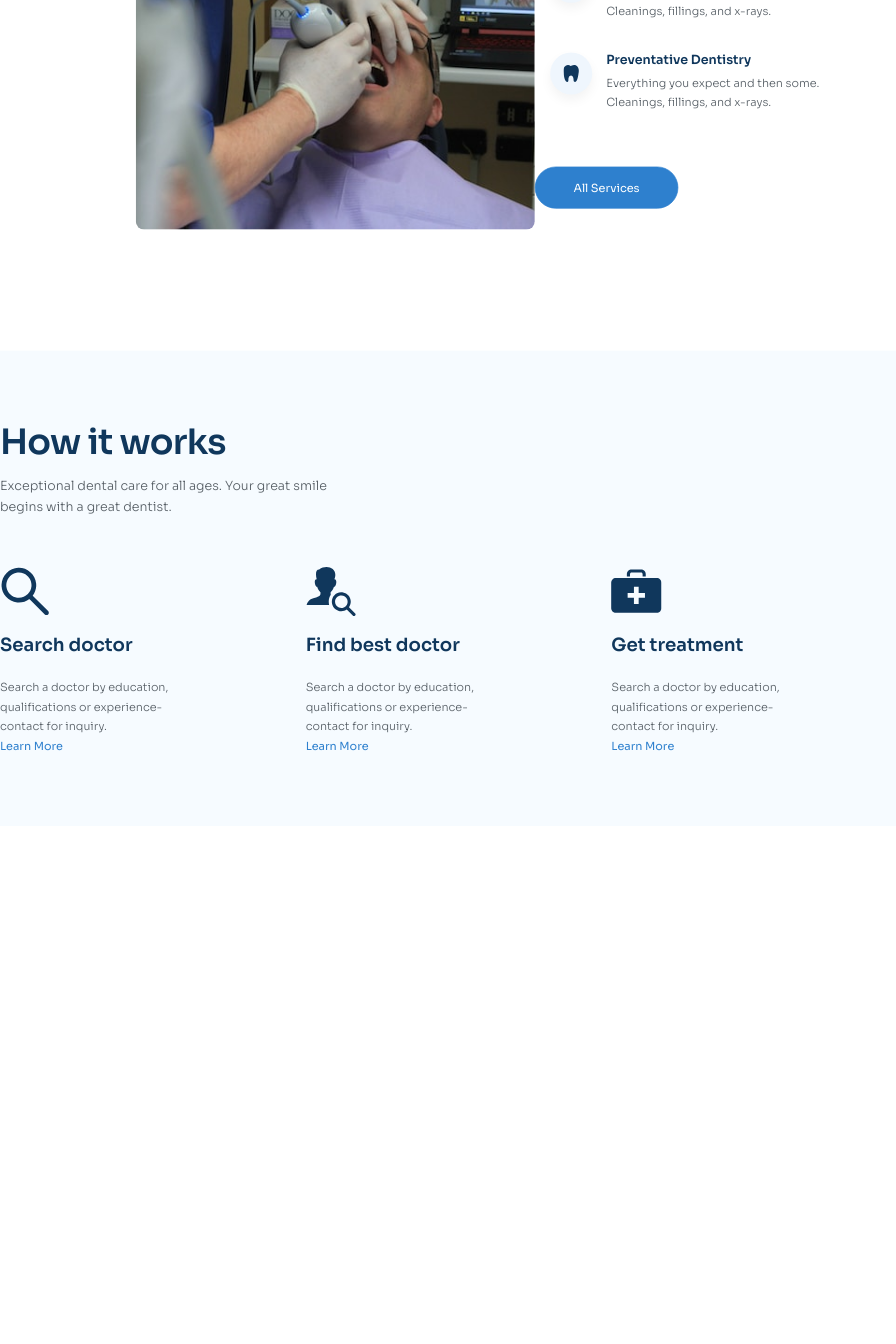
Repository: dongnguyen2112/htmlcss-project-03
Page: index.html
The author's editor kept a copy of each file at every save. The page is drawn from the files as they stood at one save, then again after a run of saves.
The browser window is 1280 px wide. The pictures show the part of the page from y = 1340 to 3260 px (the page is 5720 px tall), at 70% of full size.

Above is the page before, as saved 2023-08-01 17:24:03.

### index.html
<!DOCTYPE html>
<html lang="en">
    <head>
        <meta charset="UTF-8" />
        <meta name="viewport" content="width=device-width, initial-scale=1.0" />
        <title>Shine Smile</title>
        <!-- Favicons -->
        <link
            rel="apple-touch-icon"
            sizes="57x57"
            href="./assets/favicon/apple-icon-57x57.png"
        />
        <link
            rel="apple-touch-icon"
            sizes="60x60"
            href="./assets/favicon/apple-icon-60x60.png"
        />
        <link
            rel="apple-touch-icon"
            sizes="72x72"
            href="./assets/favicon/apple-icon-72x72.png"
        />
        <link
            rel="apple-touch-icon"
            sizes="76x76"
            href="./assets/favicon/apple-icon-76x76.png"
        />
        <link
            rel="apple-touch-icon"
            sizes="114x114"
            href="./assets/favicon/apple-icon-114x114.png"
        />
        <link
            rel="apple-touch-icon"
            sizes="120x120"
            href="./assets/favicon/apple-icon-120x120.png"
        />
        <link
            rel="apple-touch-icon"
            sizes="144x144"
            href="./assets/favicon/apple-icon-144x144.png"
        />
        <link
            rel="apple-touch-icon"
            sizes="152x152"
            href="./assets/favicon/apple-icon-152x152.png"
        />
        <link
            rel="apple-touch-icon"
            sizes="180x180"
            href="./assets/favicon/apple-icon-180x180.png"
        />
        <link
            rel="icon"
            type="image/png"
            sizes="192x192"
            href="./assets/favicon/android-icon-192x192.png"
        />
        <link
            rel="icon"
            type="image/png"
            sizes="32x32"
            href="./assets/favicon/favicon-32x32.png"
        />
        <link
            rel="icon"
            type="image/png"
            sizes="96x96"
            href="./assets/favicon/favicon-96x96.png"
        />
        <link
            rel="icon"
            type="image/png"
            sizes="16x16"
            href="./assets/favicon/favicon-16x16.png"
        />
        <link rel="manifest" href="./assets/favicon/manifest.json" />
        <meta name="msapplication-TileColor" content="#ffffff" />
        <meta
            name="msapplication-TileImage"
            content="./assets/favicon/ms-icon-144x144.png"
        />
        <meta name="theme-color" content="#ffffff" />
        <!-- Font Sora -->
        <link rel="preconnect" href="https://fonts.googleapis.com" />
        <link rel="preconnect" href="https://fonts.gstatic.com" crossorigin />
        <link
            href="https://fonts.googleapis.com/css2?family=Sora:wght@300;400;500;600;700&display=swap"
            rel="stylesheet"
        />
        <!-- Reset CSS -->
        <link rel="stylesheet" href="./assets/css/reset.css" />
        <link rel="stylesheet" href="./assets/css/styles.css" />
    </head>
    <body>
        <header class="header">
            <div class="container">
                <!-- Header-top -->
                <div class="header-top">
                    <!-- Logo -->
                    <a href="/">
                        <div class="logo">
                            <span class="logo__circle"></span>
                            <span class="logo__text">
                                <span class="logo__brand">Shine</span>
                                <span class="logo__brand logo__brand--small">
                                    smile
                                </span>
                            </span>
                        </div>
                    </a>
                    <!-- Navbar -->
                    <nav class="navbar">
                        <ul class="navbar__list">
                            <li class="navbar__item">
                                <a
                                    href="#!"
                                    class="navbar__link navbar__link--active"
                                    >Home</a
                                >
                            </li>
                            <li class="navbar__item">
                                <a href="#!" class="navbar__link">Services</a>
                            </li>
                            <li class="navbar__item">
                                <a href="#!" class="navbar__link">About</a>
                            </li>
                            <li class="navbar__item">
                                <a href="#!" class="navbar__link">Doctors</a>
                            </li>
                        </ul>
                    </nav>
                    <!-- Action -->
                    <div class="header-action">
                        <a href="#!" class="header-action__login">Log In</a>
                        <a href="#!" class="btn header-action__signup"
                            >Sign Up</a
                        >
                    </div>
                </div>
                <!-- Hero -->
                <section class="hero">
                    <!-- Hero-content -->
                    <section class="hero__content">
                        <h1 class="hero__heading">
                            Exceptional dental care for all ages.
                        </h1>
                        <p class="hero__desc">
                            Exceptional dental care for all ages. Your great
                            smile begins with a great dentist.
                        </p>
                        <div class="hero__row">
                            <a href="" class="btn">Book Online</a>
                            <span class="hero__phone"
                                >or call (123) 456-7890</span
                            >
                        </div>
                    </section>
                    <!-- Hero-media -->
                    <section class="hero__media">
                        <figure class="hero__images">
                            <img
                                src="./assets/img/hero-01.jpg"
                                alt=""
                                class="hero__img"
                            />
                            <img
                                src="./assets/img/hero-02.jpg"
                                alt=""
                                class="hero__img"
                            />
                        </figure>
                    </section>
                </section>
            </div>
        </header>
        <main style="height: 5000px">
            <!-- Service -->
            <section class="service">
                <div class="container">
                    <h1 class="service__heading section-heading">
                        Our services
                    </h1>
                    <p class="service__desc section-desc">
                        Exceptional dental care for all ages. Your great smile
                        begins with a great dentist.
                    </p>
                    <div class="service__row">
                        <figure>
                            <img
                                src="./assets/img/service.jpg"
                                alt=""
                                class="service__img"
                            />
                        </figure>
                        <div>
                            <div class="service__list">
                                <!-- Service Item 1 -->
                                <section class="service-item">
                                    <div class="service-item__icon">
                                        <svg
                                            width="22"
                                            height="24"
                                            viewBox="0 0 22 24"
                                            fill="none"
                                            xmlns="http://www.w3.org/2000/svg"
                                        >
                                            <path
                                                d="M20.3598 2.63964C17.9506 -0.556131 14.2772 -0.568132 11.2481 1.10682C11.001 1.24657 10.7219 1.31411 10.4406 1.30222C10.1592 1.29033 9.88633 1.19945 9.65105 1.03931C8.49552 0.245717 7.29036 -0.316477 5.13904 0.207462C0.623408 1.3071 0 4.90379 0 8.99816C0.0797353 12.1602 0.500857 15.3032 1.25551 18.3683C2.11836 22.0168 3.90382 24 5.43354 24C6.96326 24 7.00963 22.2204 7.00963 20.8016C7.00963 19.2009 7.39505 14.8009 10.8642 14.8009C13.5317 14.8009 14.3333 18.4013 14.3333 20.8016C14.3329 23.095 15.1722 24 16.6628 24C19.5267 24 20.9796 15.3938 21.3719 13.1237C21.7642 10.8535 22.9882 6.12569 20.3598 2.63964Z"
                                                fill="currentColor"
                                            />
                                        </svg>
                                        <!-- Icon -->
                                    </div>
                                    <div class="service-item__body">
                                        <h3 class="service-item__heading">
                                            Oral Surgery
                                        </h3>
                                        <p class="service-item__desc">
                                            Everything you expect and then some.
                                            Cleanings, fillings, and x-rays.
                                        </p>
                                    </div>
                                </section>
                                <!-- Service Item 2 -->
                                <section class="service-item">
                                    <div class="service-item__icon">
                                        <svg
                                            width="22"
                                            height="24"
                                            viewBox="0 0 22 24"
                                            fill="none"
                                            xmlns="http://www.w3.org/2000/svg"
                                        >
                                            <path
                                                d="M20.3598 2.63964C17.9506 -0.556131 14.2772 -0.568132 11.2481 1.10682C11.001 1.24657 10.7219 1.31411 10.4406 1.30222C10.1592 1.29033 9.88633 1.19945 9.65105 1.03931C8.49552 0.245717 7.29036 -0.316477 5.13904 0.207462C0.623408 1.3071 0 4.90379 0 8.99816C0.0797353 12.1602 0.500857 15.3032 1.25551 18.3683C2.11836 22.0168 3.90382 24 5.43354 24C6.96326 24 7.00963 22.2204 7.00963 20.8016C7.00963 19.2009 7.39505 14.8009 10.8642 14.8009C13.5317 14.8009 14.3333 18.4013 14.3333 20.8016C14.3329 23.095 15.1722 24 16.6628 24C19.5267 24 20.9796 15.3938 21.3719 13.1237C21.7642 10.8535 22.9882 6.12569 20.3598 2.63964Z"
                                                fill="currentColor"
                                            />
                                        </svg>
                                        <!-- Icon -->
                                    </div>
                                    <div class="service-item__body">
                                        <h3 class="service-item__heading">
                                            Wisdom Teeth Removal
                                        </h3>
                                        <p class="service-item__desc">
                                            Everything you expect and then some.
                                            Cleanings, fillings, and x-rays.
                                        </p>
                                    </div>
                                </section>
                                <!-- Service Item 3 -->
                                <section class="service-item">
                                    <div class="service-item__icon">
                                        <svg
                                            width="22"
                                            height="24"
                                            viewBox="0 0 22 24"
                                            fill="none"
                                            xmlns="http://www.w3.org/2000/svg"
                                        >
                                            <path
                                                d="M20.3598 2.63964C17.9506 -0.556131 14.2772 -0.568132 11.2481 1.10682C11.001 1.24657 10.7219 1.31411 10.4406 1.30222C10.1592 1.29033 9.88633 1.19945 9.65105 1.03931C8.49552 0.245717 7.29036 -0.316477 5.13904 0.207462C0.623408 1.3071 0 4.90379 0 8.99816C0.0797353 12.1602 0.500857 15.3032 1.25551 18.3683C2.11836 22.0168 3.90382 24 5.43354 24C6.96326 24 7.00963 22.2204 7.00963 20.8016C7.00963 19.2009 7.39505 14.8009 10.8642 14.8009C13.5317 14.8009 14.3333 18.4013 14.3333 20.8016C14.3329 23.095 15.1722 24 16.6628 24C19.5267 24 20.9796 15.3938 21.3719 13.1237C21.7642 10.8535 22.9882 6.12569 20.3598 2.63964Z"
                                                fill="currentColor"
                                            />
                                        </svg>
                                        <!-- Icon -->
                                    </div>
                                    <div class="service-item__body">
                                        <h3 class="service-item__heading">
                                            Preventative Dentistry
                                        </h3>
                                        <p class="service-item__desc">
                                            Everything you expect and then some.
                                            Cleanings, fillings, and x-rays.
                                        </p>
                                    </div>
                                </section>
                            </div>
                            <a href="#!" class="btn">All Services </a>
                        </div>
                    </div>
                </div>
            </section>
            <!-- Work -->
            <section class="work">
                <h2 class="section-heading">How it works</h2>
                <p class="section-desc work__desc">Exceptional dental care for all ages. Your great smile begins with a great dentist.</p>
                <div class="work__list">
                    <!-- Work Item 1 -->
                    <section class="word-item">
                        <img src="./assets/img/Icon/Orion_search.svg" alt="" class="work-item__icon">
                        <h3 class="work-item__heading">Search doctor</h3>
                        <p class="work-item__desc">Search a doctor by education, qualifications or experience-contact for inquiry.</p>
                        <a href="#!" class="work__more">Learn More</a>
                    </section>
                     <!-- Work Item 2 -->
                     <section class="word-item">
                        <img src="./assets/img/Icon/Orion_find-user.svg" alt="" class="work-item__icon">
                        <h3 class="work-item__heading">Find best doctor</h3>
                        <p class="work-item__desc">Search a doctor by education, qualifications or experience-contact for inquiry.</p>
                        <a href="#!" class="work__more">Learn More</a>
                    </section>
                     <!-- Work Item 3 -->
                     <section class="word-item">
                        <img src="./assets/img/Icon/Orion_first-aid-kit.svg" alt="" class="work-item__icon">
                        <h3 class="work-item__heading">Get treatment</h3>
                        <p class="work-item__desc">Search a doctor by education, qualifications or experience-contact for inquiry.</p>
                        <a href="#!" class="work__more">Learn More</a>
                    </section>
                </div>
            </section>
        </main>
    </body>
</html>

### assets/css/styles.css
* {
    box-sizing: border-box;
}
:root {
    --header-bg: #10375c;
}
html {
    font-size: 62.5%;
}
body {
    font-size: 1.6rem;
    font-family: "Sora", sans-serif;
}
/* Common */
.container {
    width: 1170px;
    max-width: calc(100% - 48px);
    margin: 0 auto;
}
a {
    text-decoration: none;
}
.btn {
    --height: 60px;

    color: #fff;
    background: #2e80ce;
    height: var(--height);
    padding: 0 20px;
    display: inline-block;
    line-height: var(--height);
    border-radius: 99px;
    min-width: 205px;
    text-align: center;
    font-size: 1.6rem;
    font-weight: 400;
    border: 1px solid #2e80ce;
}
.btn:hover {
    cursor: pointer;
    opacity: 0.9;
}
.section-heading {
    color: #10375c;
    font-size: 5rem;
    font-weight: 600;
    line-height: 1.2; /* 120% */
    letter-spacing: -1px;
}
.section-desc {
    margin-top: 18px;
    color: #575f66;
    font-size: 1.8rem;
    font-weight: 300;
    line-height: 1.67; /* 166.667% */
}
/* Header */
.header {
    min-height: 100vh;
    padding-top: 30px;
    background-color: var(--header-bg);
}
.logo {
    font-size: 1rem;
    position: relative;
    display: flex;
}
.logo__circle::before,
.logo__circle::after {
    content: "";
    display: inline-block;
    border-radius: 50%;
}
.logo__circle::before {
    width: 3em;
    height: 3em;
    background: #2e80ce;
}
.logo__circle::after {
    position: absolute;
    top: 1.1em;
    left: 1.1em;
    width: 1.5em;
    height: 1.5em;
    background: #fff;
}
.logo__text {
    margin-left: 0.6em;
    color: #fff;
    text-align: right;
    line-height: 1.6em;
}
.logo__brand {
    display: block;
    font-size: 1.8rem;
    font-weight: 400;
    color: #fff;
}
.logo__brand--small {
    font-size: 1.2em;
    font-weight: 300;
}

/* Header-top */
.header-top {
    display: flex;
    align-items: center;
    justify-content: space-between;
}
.navbar__list {
    display: flex;
}
.header-action__login,
.navbar__link {
    padding: 4px 21px;
    color: #c9d2da;
    font-size: 1.6rem;
    font-weight: 300;
}
.navbar__link:hover,
.navbar__link--active {
    color: #fff;
    text-shadow: 1px 0 0 currentColor;
}
.navbar__link--active::before {
    position: relative;
    top: -2px;
    left: -8px;
    content: "";
    display: inline-block;
    width: 6px;
    height: 6px;
    border-radius: 50%;
    background: #fff;
}
.header-action {
    display: flex;
    align-items: center;
}
.header-action__login {
    margin-right: 7px;
}
.header-action__signup {
    --height: 44px;
    min-width: 104px;
    text-align: center;
}
/* hero */
.hero {
    display: flex;
    margin-top: 76px;
    align-items: center;
}
.hero__content {
    flex-shrink: 0;
    width: 44%;
}
.hero__media {
    flex-grow: 1;
}
.hero__heading {
    color: #fff;
    font-size: 7rem;
    font-weight: 600;
    line-height: 1.14;
    letter-spacing: -0.02em;
}
.hero__desc {
    margin-top: 22px;
    color: #c9d2da;
    font-size: 1.8rem;
    font-weight: 300;
    line-height: 1.67;
}
.hero__row {
    display: flex;
    align-items: center;
    margin-top: 38px;
}
.hero__phone {
    color: #fff;
    text-align: center;
    font-size: 1.8rem;
    line-height: 1.67;
    margin-left: 38px;
}
.hero__images {
    display: flex;
    align-items: center;
    justify-content: flex-end;
}
.hero__img {
    width: 330px;
    height: 540px;
    border-radius: 6px;
    object-fit: cover;
}
.hero__img:first-child {
    position: relative;
    margin-right: -6px;
}
.hero__img:last-child {
    width: 210px;
    height: 410px;
}
/* Service */
.service {
    padding: 170px;
}
.service__heading,
.service__desc {
    text-align: center;
}
.service__desc {
    width: 468px;
    margin-right: auto;
    margin-left: auto;
}
.service__row {
    display: flex;
    align-items: center;
    justify-content: space-between;
    margin-top: 70px;
}
.service__img {
    width: 570px;
    height: 570px;
    border-radius: 12px;
    object-fit: cover;
}
/* Service Item */
.service-item {
    display: flex;
    width: 470px;
    padding: 22px;
    border-radius: 10px;
    background: #fff;
    transition: 0.25;
}
.service-item:hover {
    position: relative;
    box-shadow: 0px 14px 28px rgba(0, 0, 0, 0.05);
}
.service-item:hover .service-item__icon {
    background: #2e80ce;
    color: #fff;
}
.service-item__icon {
    width: 60px;
    height: 60px;
    display: flex;
    align-items: center;
    justify-content: center;
    flex-shrink: 0;
    background: #eff6fd;
    color: #10375c;
    box-shadow: 0px 8px 16px rgba(0, 0, 0, 0.05);
    border-radius: 50%;
    transition: 0.25;
}
.service-item__body {
    margin-left: 20px;
}
.service-item__heading {
    color: #10375c;
    font-size: 1.8rem;
    line-height: 1.27;
    font-weight: 600;
}
.service-item__desc {
    color: #575f66;
    margin-top: 8px;
    font-size: 1.6rem;
    font-weight: 300;
    line-height: 1.75; /* 175% */
}
.service__list {
    margin-bottom: 55px;
}
/* Work */
.work {
    background: #f6fbff;
    padding: 100px 0;
}
.work__desc {
    width: 468px;
}
.work__list {
    display: grid;
    grid-template-columns: repeat(3, 1fr);
    column-gap: 30px;
    margin-top: 70px;
}
.word-item{
    border: ;
}
.work-item__heading {
    margin-top: 20px;
    color: #10375c;
    font-size: 2.6rem;
    font-weight: 600;
    line-height: 1.38; /* 138.462% */
}
.work-item__desc {
    margin-top: 28px;
    width: 254px;
    color: #575f66;
    font-size: 1.6rem;
    font-weight: 300;
    line-height: 1.75; /* 175% */
}
.work__more {
    margin-top: 18px;
    color: #2e80ce;
    font-size: 1.6rem;
    font-weight: 400;
    line-height: 1.75; /* 175% */
}

Loaded but not shown: assets/css/reset.css (common file)

After the next 4 saves:
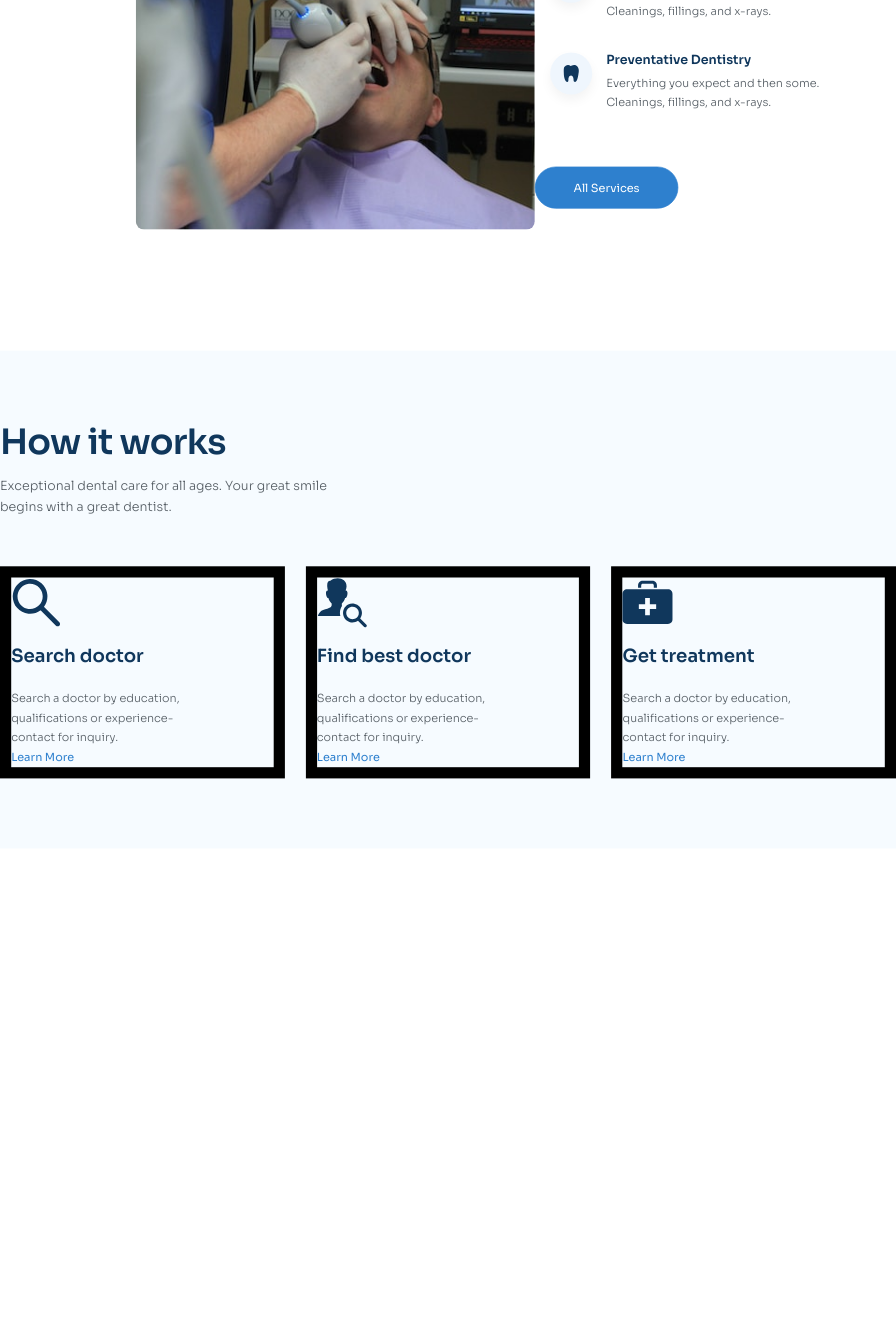
The 4 saves are shown as one change because they came seconds apart.
The last was saved 7 s later.
--- a/assets/css/styles.css
+++ b/assets/css/styles.css
@@ -292,7 +292,7 @@
     margin-top: 70px;
 }
 .word-item{
-    border: ;
+    border: 16px solid ;
 }
 .work-item__heading {
     margin-top: 20px;
